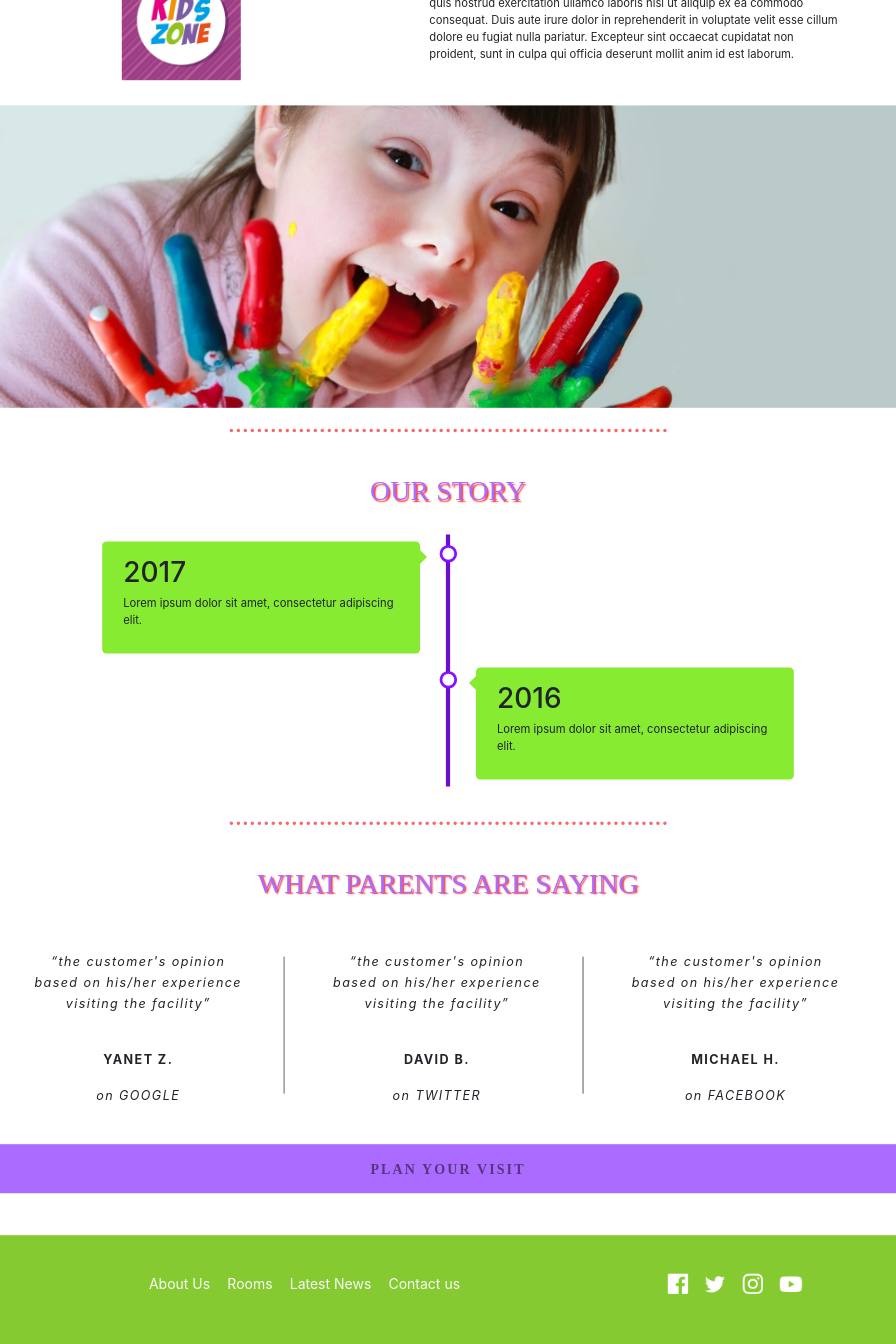
Repository: Code-Institute-Submissions/my-first-frontend-milestone-project
Page: about.html
The author's editor kept a record of every edit. The page is drawn from the files as they stood at one moment, then again after the next edit.
The browser window is 1280 px wide. The pictures show the part of the page from y = 752 to 2672 px (the page is 2672 px tall), at 70% of full size.
Some web fonts or font styles are not loaded; a fallback is used.

Above is the page before.

After the next edit:
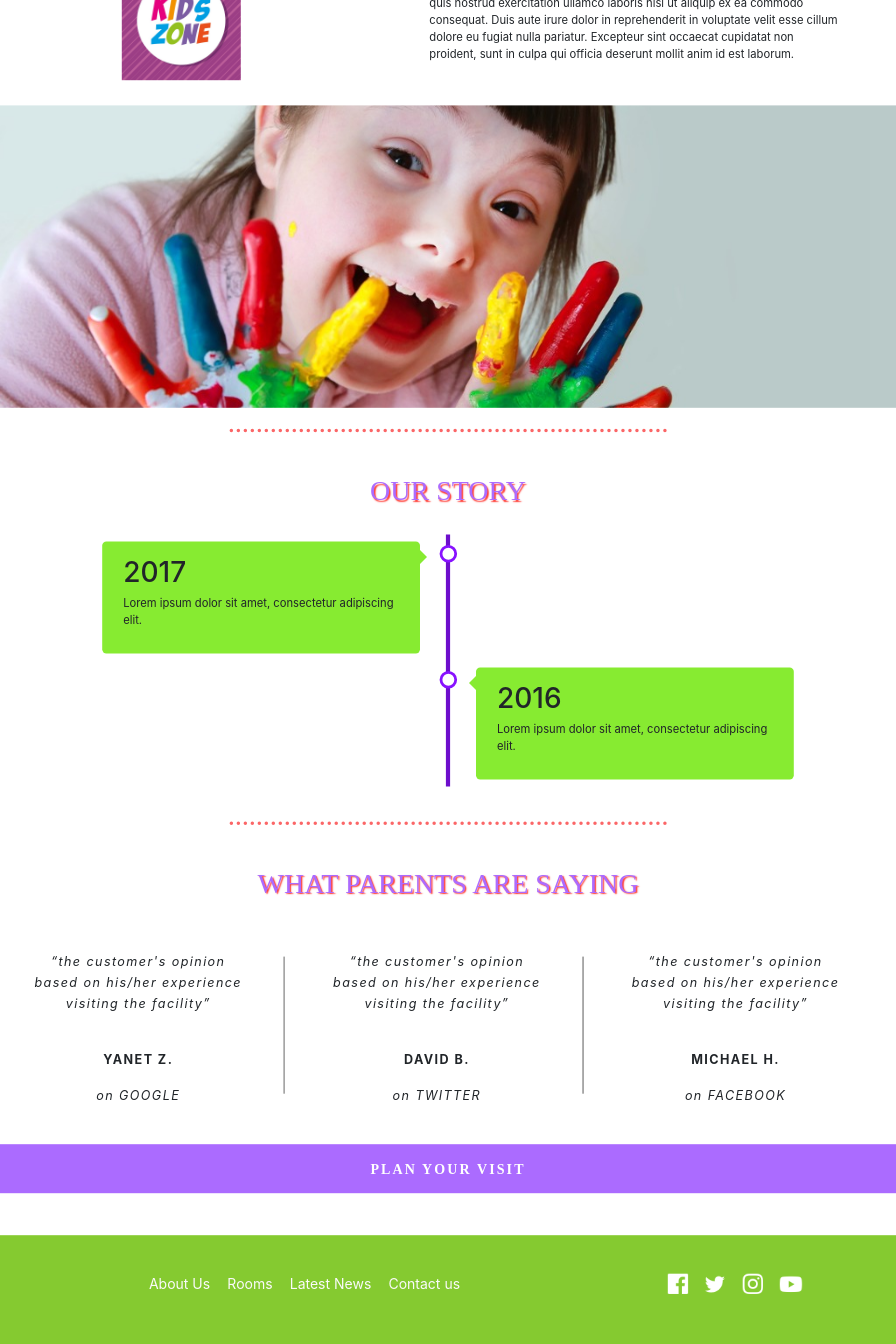
The edit:
--- a/css/style.css
+++ b/css/style.css
@@ -327,7 +327,7 @@
     text-align: center;
     background:#AB6BFF;
     background-size:cover;
-    color:rgba(0,0,0,.5);
+    color:white;
     font-weight: bold;
     font-size: 20px;
     letter-spacing: 3px;
